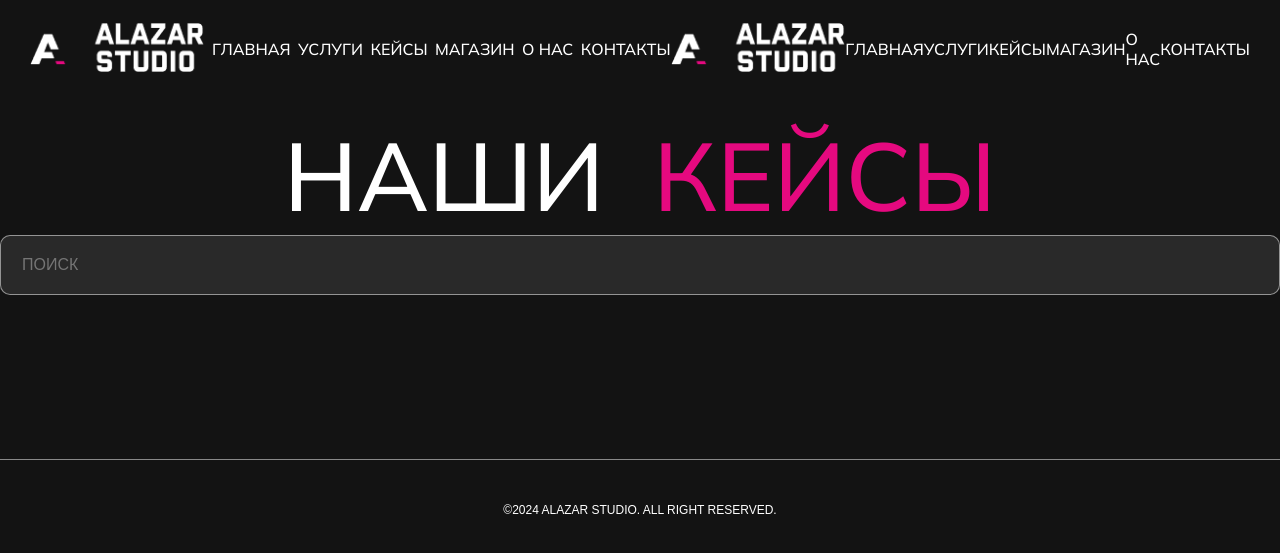
Repository: AlazarStudio/alazar_studio
Page: /cases
These files come from the project's save history. The page is drawn as it stood at one moment and after the next save; the edit follows.
The browser window is 1280 px wide. The pictures show the whole page.
The page's requests for data from a server got no answer. The project was rebuilt for these pictures with package versions that can differ from the ones it lists, and the page was loaded fresh each time. No one was signed in, and anything a server would have sent is missing. Also part of the build but not shown: vite.config.js, src/Components/Pages/Non_Found_Page.jsx, src/Components/Standart/CenterBlock/CenterBlock.module.css, src/Components/Standart/CenterBlock/CenterBlock.jsx, src/Components/Standart/WidthBlock/WidthBlock.module.css, src/Components/Standart/WidthBlock/WidthBlock.jsx, src/Components/Pages/HomePage/HomePage.module.css, src/Components/Pages/HomePage/HomePage.jsx and 13 more.

Above is the page before, as saved 2025-05-06 15:59:33.

### index.html
<!DOCTYPE html>
<html lang="ru">
  <head>
    <meta charset="UTF-8" />
    <link rel="icon" type="image/svg+xml" href="/favicon-alazar-studio.png" />
    <meta name="viewport" content="width=device-width, initial-scale=1.0" />
    <title>Название сайта</title>
    <!-- <link
      rel="stylesheet"
      href="https://fonts.googleapis.com/css2?family=Montserrat:wght@400;500;600;700,800&display=swap"
    /> -->
    <link
      href="https://fonts.googleapis.com/css2?family=Mulish:wght@300;400;500;600;700;800&display=swap"
      rel="stylesheet"
    />
  </head>
  <body>
    <div id="root"></div>
    <script type="module" src="/src/main.jsx"></script>
  </body>
</html>

### src/App.jsx
import React from 'react';
import { Route, Routes } from 'react-router-dom';
import Non_Found_Page from './Components/Pages/Non_Found_Page';
import Layout from './Components/Standart/Layout/Layout';
// import AdminPage from './Components/Pages/AdminPage/AdminPage';
import HomePage from './Components/Pages/HomePage/HomePage';
import AdminPage from './Components/Pages/AdminPage/AdminPage';
import CasesPage from './Components/Pages/CasesPage/CasesPage';

function App() {
  return (
    <>
      <Routes>
        <Route path="/" element={<Layout />}>
          <Route path="/" element={<HomePage />} />
          <Route path="/cases" element={<CasesPage />} />

          <Route path="*" element={<Non_Found_Page />} />
        </Route>
        <Route path="/admin/*" element={<AdminPage />} />
      </Routes>
    </>
  );
}

export default App;

### src/index.css
* {
    margin: 0;
    padding: 0;
    box-sizing: border-box;
    font-family: 'Montserrat', sans-serif;
    scroll-behavior: smooth;
}

a {
    text-decoration: none;
}

:root {
    --blockWidth: 1300px;
}

body {
    background-color: #131313;
    color: #fff;
    /* margin-top: 0px; */
}

main {
    /* display: flex;
    flex-direction: column;
    gap: 80px;
    padding-bottom: 80px; */
}

### src/Components/Standart/Layout/Layout.jsx
import React from "react";
import { Outlet } from "react-router-dom";

import Header from "../../Blocks/Header/Header"
import Footer from "../../Blocks/Footer/Footer";


function Empty({ children, ...props }) {
    return (
        <>
            <Header/>
            <Outlet />
            <Footer/>
        </>
    );
}

export default Empty;

### src/Components/Pages/CasesPage/CasesPage.jsx
import React, { useEffect, useState } from 'react';
import classes from './CasesPage.module.css';
import serverConfig from '../../../serverConfig';
import uploadsConfig from '../../../uploadsConfig';
import CaseHomeCard from '../../ui/HomePage/CaseHomeCard';

export default function CasesPage() {
  const [caseHomes, setCaseHomes] = useState([]);
  const [categories, setCategories] = useState([]); // 🆕 категории
  const [loading, setLoading] = useState(false);
  const [error, setError] = useState(null);

  useEffect(() => {
    const fetchData = async () => {
      setLoading(true);
      try {
        // Загружаем кейсы и категории параллельно
        const [casesHomeRes, categoriesRes] = await Promise.all([
          fetch(`${serverConfig}/casesHome`),
          fetch(`${serverConfig}/categories`),
        ]);

        const casesHomeData = await casesHomeRes.json();
        const categoriesData = await categoriesRes.json();

        setCaseHomes(casesHomeData);
        setCategories(categoriesData);
      } catch (err) {
        console.error('Ошибка загрузки данных:', err);
        setError('Ошибка загрузки данных');
      } finally {
        setLoading(false);
      }
    };

    fetchData();
  }, []);

  return (
    <div className={classes.container}>
      <div className={classes.containerCase}>
        <div className={classes.containerCaseTop}>
          <div className={classes.containerCaseTopName}>
            <span>НАШИ</span>
            <span>КЕЙСЫ</span>
          </div>
          <input placeholder="ПОИСК" />
        </div>

        {/* 🔽 Категории */}
        <div className={classes.categoryMenu}>
          {categories.map((cat) => (
            <span key={cat.id} className={classes.categoryItem}>
              {cat.title}
            </span>
          ))}
        </div>

        {/* 🔽 Кейсы */}
      </div>
      <CaseHomeCard caseHomes={caseHomes} />
    </div>
  );
}

### src/Components/Blocks/Header/Header.jsx
import React, { useEffect, useState } from 'react';
import classes from './Header.module.css';
import { Link } from 'react-router-dom';

function Header() {
  const [isScrolled, setIsScrolled] = useState(false);

  useEffect(() => {
    const handleScroll = () => {
      if (window.scrollY > 50) {
        setIsScrolled(true);
      } else {
        setIsScrolled(false);
      }
    };

    window.addEventListener('scroll', handleScroll);
    return () => window.removeEventListener('scroll', handleScroll);
  }, []);

  return (
    <div className={classes.container}>
      <div
        className={`${classes.containerNav} ${
          isScrolled ? classes.scrolled : ''
        }`}
      >
        <ul>
          <li>
            {' '}
            <img
              src="/images/headerLogo.png"
              alt="Логотип"
              className={classes.logo}
            />
          </li>

          <li>
            <Link to="/">ГЛАВНАЯ</Link>
          </li>
          <li>
            <Link to="/service">УСЛУГИ</Link>
          </li>
          <li>
            <Link to="/cases">КЕЙСЫ</Link>
          </li>
          <li>
            <Link to="/shop">МАГАЗИН</Link>
          </li>
          <li>
            <Link to="/about">О НАС</Link>
          </li>
          <li>
            <Link to="/contacts">КОНТАКТЫ</Link>
          </li>
        </ul>
      </div>



      <div
        className={`${classes.containerNavMobile} ${
          isScrolled ? classes.scrolled : ''
        }`}
      >
        <ul>
          <li>
            {' '}
            <img
              src="/images/headerLogo.png"
              alt="Логотип"
              className={classes.logo}
            />
          </li>

          <li>
            <Link to="/">ГЛАВНАЯ</Link>
          </li>
          <li>
            <Link to="/service">УСЛУГИ</Link>
          </li>
          <li>
            <Link to="/cases">КЕЙСЫ</Link>
          </li>
          <li>
            <Link to="/shop">МАГАЗИН</Link>
          </li>
          <li>
            <Link to="/about">О НАС</Link>
          </li>
          <li>
            <Link to="/contacts">КОНТАКТЫ</Link>
          </li>
        </ul>
      </div>
    </div>
  );
}

export default Header;

### src/Components/Blocks/Footer/Footer.jsx
import React from 'react';
import classes from './Footer.module.css';
import CenterBlock from '../../Standart/CenterBlock/CenterBlock';
import WidthBlock from '../../Standart/WidthBlock/WidthBlock';

function Footer({ children, ...props }) {
  return (
    <>

          <div className={classes.container}>
            <span>©2024 ALAZAR STUDIO. ALL RIGHT RESERVED.</span>
          </div>

    </>
  );
}

export default Footer;

### src/serverConfig.js
function serverConfig() {
  const server = 'http://localhost:5000/api';
  // const server = 'https://backend.kch-tourism.ru/api'
  return server;
}

export default serverConfig();

### src/uploadsConfig.js
function uploadsConfig() {
	const server = 'http://localhost:5000'
	// const server = 'https://backend.equipment-house.ru'
	return server
}

export default uploadsConfig()

### src/Components/ui/HomePage/CaseHomeCard.jsx

import classes from './CaseHomeCard.module.css';
import uploadsConfig from '../../../uploadsConfig';

export default function CaseHomeCard({caseHomes}) {


  return (

        <div className={classes.containerCaseMenu}>
          {caseHomes.map((item) => (
            <div key={item.id} className={classes.caseItem}>
              <img src={`${uploadsConfig}${item.img[0]}`} alt={item.name} />
              {/* <span>{item.name}</span> */}
            </div>
          ))}
        </div>

  );
}

### src/Components/Pages/CasesPage/CasesPage.module.css


.container {
  display: flex;
  flex-direction: column;
  width: 100%;
  align-items: center;
}


.containerCase {
  display: flex;
  flex-direction: column;
  width: 100%;
  max-width: 1609px;
  align-items: center;
  margin-top: 115px;
}

.containerCaseTop {
  display: flex;
  flex-direction: column;
  align-items: center;
  width: 100%;
  max-width: 1301px;
}

.containerCaseTop input {
  width: 100%;
  height: 60px;
  border: 1px solid rgba(255, 255, 255, 0.5); /* полупрозрачная белая граница */
  background-color: rgba(128, 128, 128, 0.2); /* полупрозрачный серый фон */
  padding: 21px;
  color: #fff;
  border-radius: 10px;
  font-size: 16px;
  outline: none;
}


.containerCaseTopName {
  display: flex;
  gap: 49px;
}

.containerCaseTopName span:nth-of-type(1) {
  font-size: 96px;
  font-weight: 500;
  color: #fff;
  font-family: 'Mulish', sans-serif;
}

.containerCaseTopName span:nth-of-type(2) {
  font-size: 96px;
  font-weight: 500;
  color: #e5097f;
  font-family: 'Mulish', sans-serif;
}

.containerCaseTop img {
  width: 106px;
  cursor: pointer;
}

.categoryMenu {
  display: flex;
  align-items: center;
  justify-content: space-between;
  width: 100%;
  max-width: 1301px;
  margin-top: 34px;
  gap: 1px;
}

.categoryMenu span {
  display: flex;
  align-items: center;
  justify-content: center;
  padding: 20px;
  font-size: 16px;
  font-weight: 400;
  height: 60px;
  border: 1px solid rgba(255, 255, 255, 0.5);
  border-radius: 10px;
  font-family: 'Mulish', sans-serif;
  cursor: pointer;
}

### src/Components/Blocks/Header/Header.module.css
.container {
  display: flex;
  align-items: center;
  justify-content: center;
  position: fixed;
  top: 0;
  left: 0;
  width: 100%;
  z-index: 1000;
  transition: background 0.3s ease-in-out;

}

.containerNav {
  display: flex;
  width: 100%;
  align-items: center;
  justify-content: center; /* Логотип слева, меню справа */
  /* outline: 1px solid red; */
  height: 98px;
  background: transparent; /* Начально прозрачный */
  transition: background 0.3s ease-in-out;
  padding: 0;
}

.scrolled {
  background: #131313; /* Черный фон при скролле */
}

.logo {
  height: 49px;
}

ul {
  display: flex;
  width: 100%;
  max-width: 1400px;
  align-items: center;
  justify-content: space-between;
  list-style: none;
  padding: 0;
  margin: 0;
  /* gap: 20px; */
}

li a {
  font-size: 16px;
  font-weight: 500;
  color: #fff;
  text-decoration: none;
  transition: color 0.3s;
  font-family: 'Mulish', sans-serif;
}

/* li a:hover {
  color: #81212D;
} */


@media (max-width: 1280px) {

  .container {
    padding: 0 30px;

  }


}

@media (max-width: 480px) {

  .container {
    display: flex;
    align-items: center;
    justify-content: center;
    position: fixed;
    top: 0;
    left: 0;
    width: 100%;
    z-index: 1000;
    transition: background 0.3s ease-in-out;

  }

  .containerNav {
    display: flex;
    width: 100%;
    align-items: center;
    justify-content: center; /* Логотип слева, меню справа */
    /* outline: 1px solid red; */
    height: 98px;
    background: transparent; /* Начально прозрачный */
    transition: background 0.3s ease-in-out;
    padding: 0;
  }

  .scrolled {
    background: #131313; /* Черный фон при скролле */
  }

  .logo {
    height: 49px;
  }

  ul {
    display: flex;
    width: 100%;
    max-width: 1400px;
    align-items: center;
    justify-content: space-between;
    list-style: none;
    padding: 0;
    margin: 0;
    /* gap: 20px; */
  }

  li a {
    font-size: 16px;
    font-weight: 500;
    color: #fff;
    text-decoration: none;
    transition: color 0.3s;
    font-family: 'Mulish', sans-serif;
  }

}

### src/Components/Blocks/Footer/Footer.module.css
.container {
  display: flex;
  align-items: center;
  justify-content: center;
  height: 100px;
  color: #fff;
  border-top: 1px solid rgba(255, 255, 255, 0.5);
  margin-top: 100px;
  padding: 2px;
  font-size: 12px;
}



@media (max-width: 768px) {
  .container {
    height: 50px;
    font-size: 12px;
  }
}

### src/Components/ui/HomePage/CaseHomeCard.module.css
.containerCaseMenu {
  display: flex;
  justify-content: space-between;
  flex-wrap: wrap;
  width: 100%;
  max-width: 1609px;
  margin-top: 30px;
}

.caseItem {
  display: flex;
  flex-direction: column;
  position: relative;
  align-items: center;
  width: 507px;
  height: 507px;
  cursor: pointer;
  margin-top: 48px;
  border-radius: 10px;
}

.caseItem img {
  width: 100%;
  height: 100%;
  border-radius: 10px;
}

.caseItem span {
  display: flex;
  text-align: center;
  position: absolute;
  top: 72px;
  font-size: 30px;
  font-weight: 700;
  margin-right: 50px;
  margin-left: 50px;
}

@media (max-width: 1280px) {
  .containerCaseMenu {
    max-width: 1280px;
  }

  .caseItem {
    width: 368px;
    height: 368px;
  }
}

@media (max-width: 480px) {
  .containerCaseMenu {
    max-width: 480px;
    margin-top: -30px !important;
  }

  .caseItem {
    width: 100%;
  }
}

Loaded but not shown: src/main.jsx (common file)

After the next save:
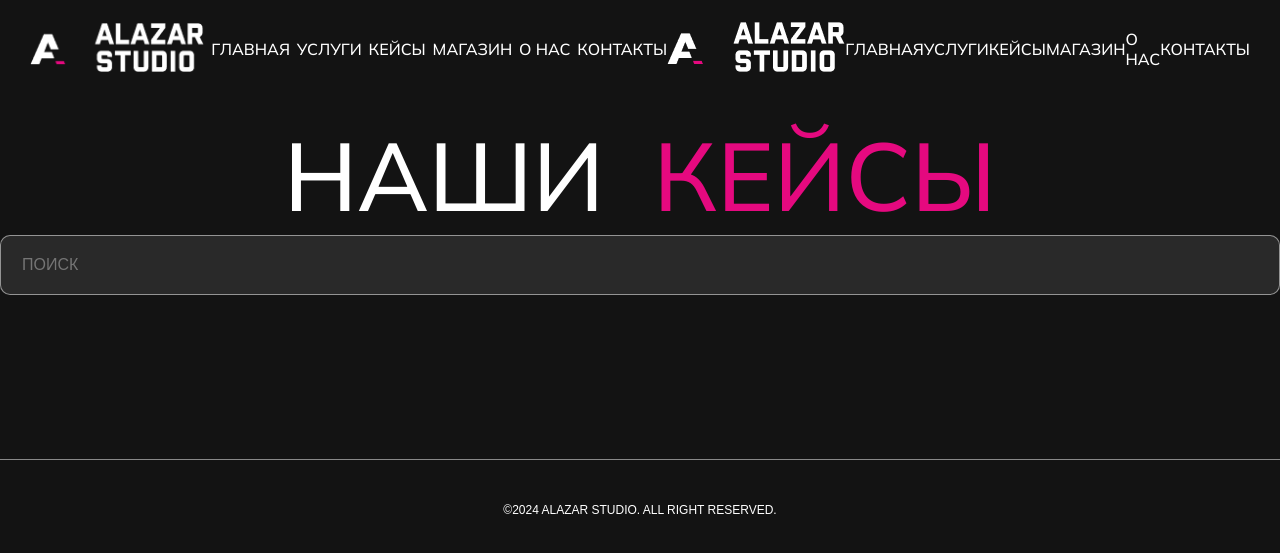
Saved 73 s later.
--- a/src/Components/Blocks/Header/Header.jsx
+++ b/src/Components/Blocks/Header/Header.jsx
@@ -69,7 +69,7 @@ function Header() {
             <img
               src="/images/headerLogo.png"
               alt="Логотип"
-              className={classes.logo}
+              className={classes.logoMobile}
             />
           </li>
 
